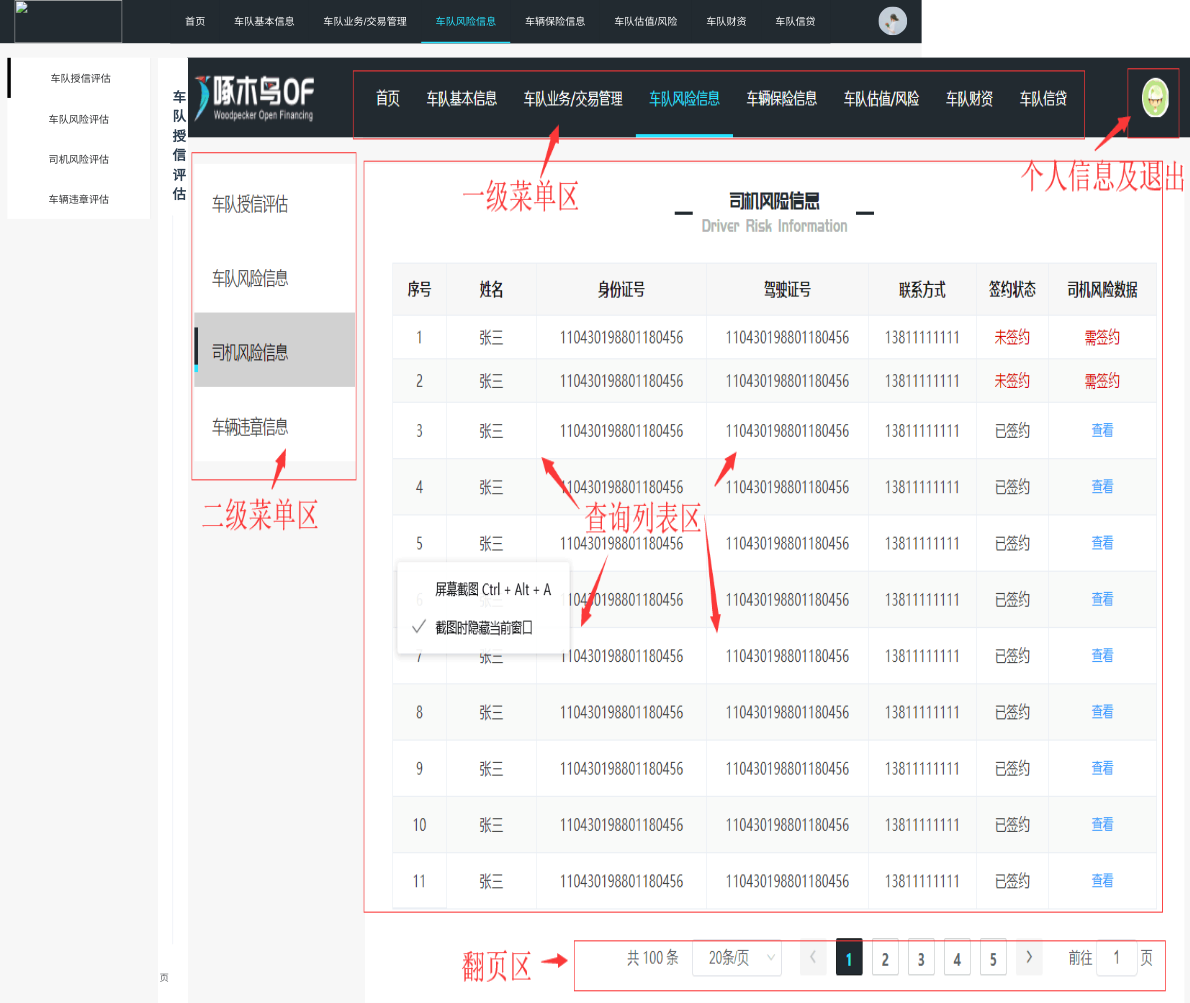
Repository: TheWomanLiketheWind/woodpecker
Page: /
The author's editor kept a copy of each file at every save. The page is drawn from the files as they stood at one save, then again after a run of saves.
The browser window is 1280 px wide. The page is 1653 px wide, so the pictures cover 1653 px, including what lies to the right of the window. The pictures show the whole page, at 72% of full size.
The project was rebuilt for these pictures with package versions that can differ from the ones it lists, and the page was loaded fresh each time. Also part of the build but not shown: src/views/menuThird.vue.

Above is the page before, as saved 2019-07-26 09:43:55.

### public/index.html
<!DOCTYPE html>
<html lang="en">
  <head>
    <meta charset="utf-8">
    <meta http-equiv="X-UA-Compatible" content="IE=edge">
    <meta name="viewport" content="width=device-width,initial-scale=1.0">
    <link rel="icon" href="<%= BASE_URL %>favicon.ico">
    <title>woodpecker</title>
  </head>
  <body>
    <noscript>
      <strong>We're sorry but woodpecker doesn't work properly without JavaScript enabled. Please enable it to continue.</strong>
    </noscript>
    <div id="app"></div>
    <!-- built files will be auto injected -->
  </body>
</html>

### src/App.vue
<template>
  <div id="app">
    <router-view />
  </div>
</template>

<style lang="scss">
#app {
  font-family: "Avenir", Helvetica, Arial, sans-serif;
  -webkit-font-smoothing: antialiased;
  -moz-osx-font-smoothing: grayscale;
  text-align: center;
  color: #2c3e50;
  background: #f7f7f7;
  .el-header {
    display: flex;
    justify-content: space-between;
    align-items: center;
  }
  .menuSecond {
    .el-menu-item:focus,
    .el-menu-item:hover {
      background-color: rgb(209, 209, 209);
    }
    .el-menu-item.is-active {
      border-left: 5px solid #000;
    }
  }
}
#nav {
  padding: 30px;
  a {
    font-weight: bold;
    color: #2c3e50;
    &.router-link-exact-active {
      color: #42b983;
    }
  }
}
body {
  margin: 0;
}
</style>

### src/router.ts
import Vue from 'vue'
import Router from 'vue-router'
import Home from './views/Home.vue'
Vue.use(Router)

export default new Router({
  mode: 'history',
  base: process.env.BASE_URL,
  routes: [
    {
      path: '/',
      name: 'home',
      component: Home,
      children: [
        {
          path: '/',
          name: 'menuSecond',
          children: [
            {
              path: '/',
              name: 'menuThird',
              component: () =>
                import(/* webpackChunkName: "about" */ './views/menuThird.vue')
            }
          ],
          component: () =>
            import(/* webpackChunkName: "about" */ './views/menuSecond.vue')
        }
      ]
    }
  ]
})

### src/views/Home.vue
<template>
  <el-container>
    <el-header class="headerAll">
      <img src=""
           class="headImage">
      <el-menu :default-active="activeIndex"
               class="el-menu-demo"
               mode="horizontal"
               background-color="#222a30"
               text-color="#fff"
               active-text-color="#29e2fe"
               @select="handleSelect">
        <el-menu-item v-for="(item, index) in menuList"
                      :key="index"
                      :index="item.index"
                      v-on:listenToChildEvent="menuClick">{{item.name}}</el-menu-item>
      </el-menu>

      <el-dropdown>
        <img src="../assets/headImage.jpg"
             class="drophead" />
        <el-dropdown-menu slot="dropdown">
          <el-dropdown-item>个人信息</el-dropdown-item>
          <el-dropdown-item>退出</el-dropdown-item>
        </el-dropdown-menu>
      </el-dropdown>
    </el-header>
    <!-- <router-link to="/menuSecond">点击跳转</router-link> -->
    <router-view />
  </el-container>
</template>

<script lang="ts">
import { Component, Vue } from "vue-property-decorator";

@Component({
  components: {}
})
export default class Home extends Vue {
  data() {
    return {
      activeIndex: "4",
      menuList: [
        {
          name: "首页",
          index: "1",
          link: ""
        },
        {
          name: "车队基本信息",
          index: "2",
          link: ""
        },
        {
          name: "车队业务/交易管理",
          index: "3",
          link: ""
        },
        {
          name: "车队风险信息",
          index: "4",
          link: ""
        },
        {
          name: "车辆保险信息",
          index: "5",
          link: ""
        },
        {
          name: "车队估值/风险",
          index: "6",
          link: ""
        },
        {
          name: "车队财资",
          index: "7",
          link: ""
        },
        {
          name: "车队信贷",
          index: "8",
          link: ""
        }
      ]
    };
  }

  private handleSelect(key: any, keyPath: any) {
    console.log(key, keyPath);
  }

  menuClick(data: any) {
    this.$router.push(data);
  }
}
</script>

<style lang="scss">
.headerAll {
  background: #222a30;
  margin-bottom: 20px;
  .headImage {
    width: 150px;
    height: 100%;
    border: 0;
  }
  .drophead {
    width: 40px;
    height: 40px;
    border-radius: 50%;
  }
}
</style>

### src/views/menuSecond.vue
<template>
  <el-container class="menuSecond">

    <el-aside width="200px"
              class="asideClass">
      <el-menu :default-active="defaultActive"
               class="el-menu-vertical-demo"
               active-text-color="#303133"
               @select="handleSelect">
        <el-menu-item v-for="(item, index) in filesList.navigeList"
                      :key="index"
                      :index="item.index">
          <span slot="title">{{item.name}}</span>
        </el-menu-item>
      </el-menu>
    </el-aside>
    <el-main class="menuSecondRight">
      <h3>{{filesList.navigeList[this.selectIndex].name}}</h3>
      <el-table :data="tableData"
                border
                stripe
                style="width: 100%">
        <el-table-column type="index"
                         label="序号"
                         width="70"
                         align="center">
        </el-table-column>
        <el-table-column prop="name"
                         label="姓名"
                         width="110"
                         align="center" />
        <el-table-column prop="cardId"
                         label="身份证号"
                         align="center" />
        <el-table-column prop="driveId"
                         label="驾驶证号"
                         align="center" />
        <el-table-column prop="tel"
                         label="联系方式"
                         align="center" />
        <el-table-column prop="signType"
                         label="签约状态"
                         align="center">
          <template slot-scope="scope">
            <span :class="scope.row.signType === 0?'signTypeColor':''">{{scope.row.signType === 0?'未签约':'已签约'}}</span>
          </template>
        </el-table-column>
        <el-table-column label="司机风险数据"
                         align="center">
          <template slot-scope="scope">
            <el-button type="text"
                       v-if="scope.row.signType === 0"
                       class="signTypeColor">需签约</el-button>
            <el-button type="text"
                       v-else>查看</el-button>
          </template>
        </el-table-column>
      </el-table>
      <el-pagination @size-change="handleSizeChange"
                     @current-change="handleCurrentChange"
                     :current-page="currentPage4"
                     :page-sizes="[10, 20, 50, 100]"
                     :page-size="10"
                     layout="total, sizes, prev, pager, next, jumper"
                     :total="tableData.length">
      </el-pagination>
    </el-main>
    <img src="../assets/d1c2dc3ef8561f8ba11936fef14c613.png">
  </el-container>

</template>

<script lang="ts">
import Vue from "vue";
import files from "../jsonFile";

export default Vue.extend({
  data() {
    return {
      filesList: files,
      selectIndex: 0,
      defaultActive: "1",
      currentPage4: 4,
      tableData: [
        {
          name: "张三",
          cardId: "110430198801180456",
          driveId: "110430198801180456",
          tel: "13811111111",
          signType: 0
        }
      ]
    };
  },
  mounted() {
    this.defined();
  },
  methods: {
    defined() {
      for (let i = 0; i < 9; i++) {
        let object = {
          name: "张三",
          cardId: "110430198801180456",
          driveId: "110430198801180456",
          tel: "13811111111",
          signType: i === 0 ? 0 : 1
        };
        this.tableData.push(object);
      }
    },
    handleSelect(key: String) {
      this.selectIndex = Number(key) - 1;
    },
    handleSizeChange(val: Number) {
      console.log(`每页 ${val} 条`);
    },
    handleCurrentChange(val: Number) {
      console.log(`当前页: ${val}`);
    }
  }
});
</script>


<style lang="scss">
.menuSecond {
  background: #f7f7f7;
  margin: 0 10px;
  .menuSecondRight {
    background: #fff;
    margin-left: 10px;
  }
  .el-pagination {
    margin-top: 30px;
    float: right;
  }
  .signTypeColor {
    color: #d40707;
  }
}
.el-menu {
  background: #fff;
}
</style>

### src/jsonFile.ts
const fileObject = {
  navigeList: [
    {
      name: '车队授信评估',
      index: '1'
    },
    {
      name: '车队风险评估',
      index: '2'
    },
    {
      name: '司机风险评估',
      index: '3'
    },
    {
      name: '车辆违章评估',
      index: '4'
    }
  ]
}

export default fileObject

Loaded but not shown: src/main.ts (common file); src/store.ts (common file)

After the next 3 saves:
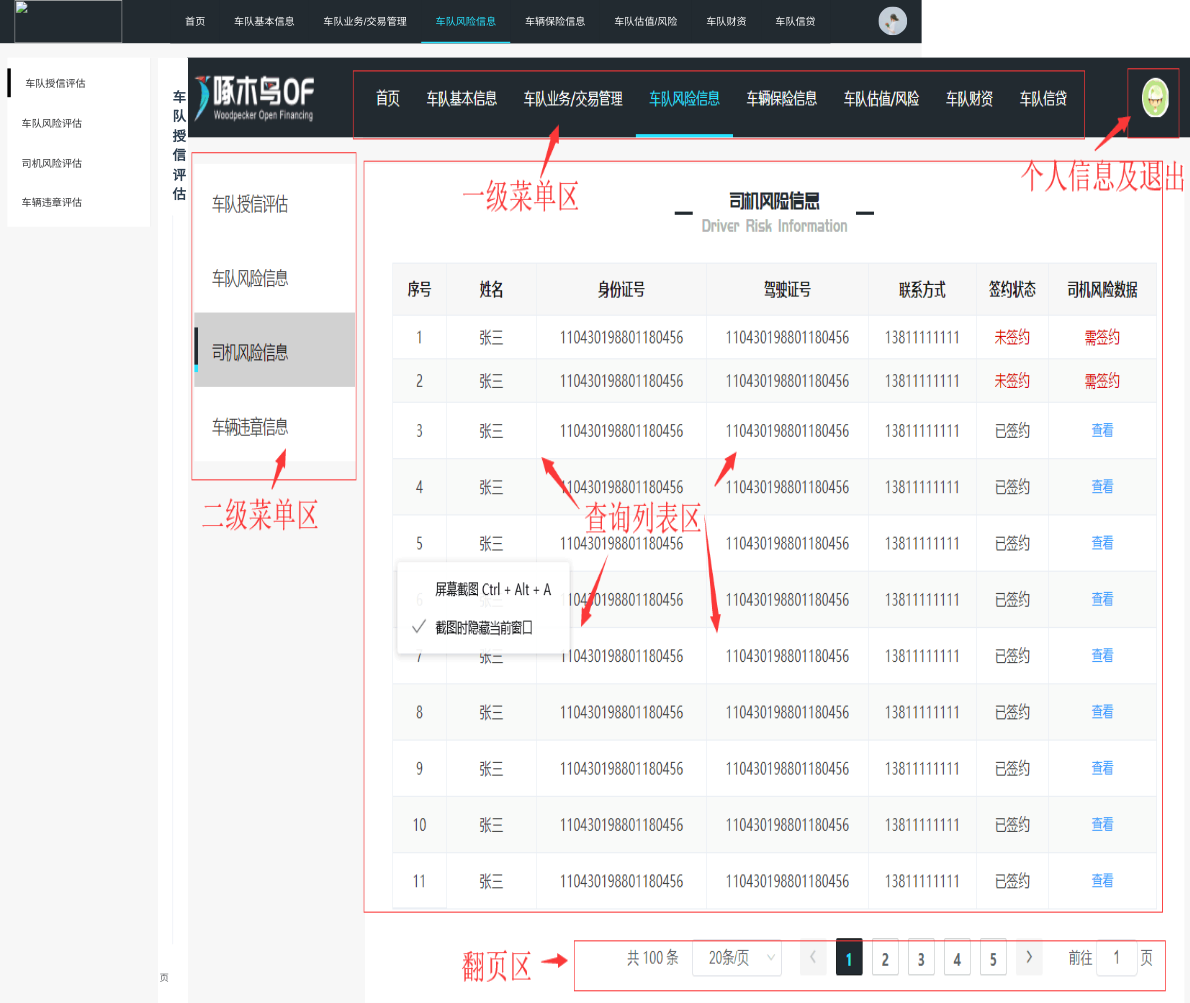
The 3 saves are shown as one change because 1 did not build or start and some came seconds apart.
The last was saved 2 min 21 s later.
--- a/src/App.vue
+++ b/src/App.vue
@@ -25,6 +25,12 @@
     .el-menu-item.is-active {
       border-left: 5px solid #000;
     }
+    .el-menu-item {
+      margin: 15px 0;
+      height: 40px;
+      line-height: 40px;
+      text-align: left;
+    }
   }
 }
 #nav {
